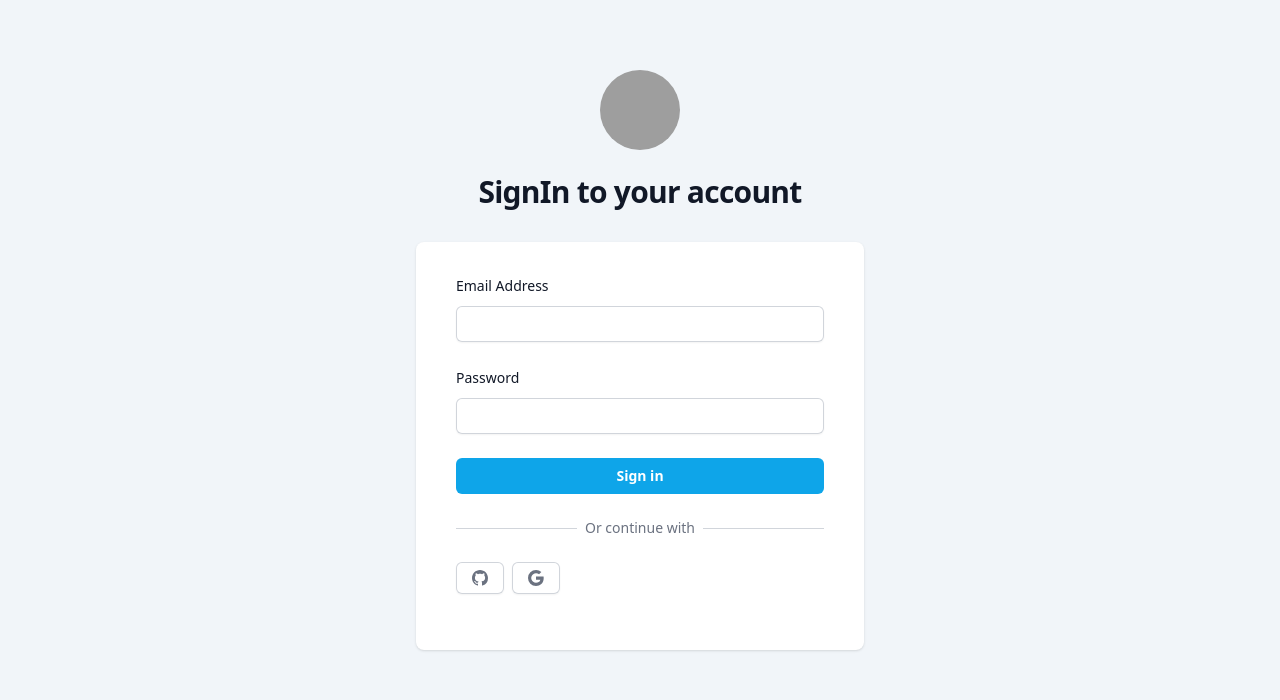
Repository: zecht12/zechtchat
Page: /
The author's editor kept a copy of each file at every save. The page is drawn from the files as they stood at one save, then again after the next save.
The browser window is 1280 px wide. The pictures show the whole page.
Pictures or frames that could not be fetched are drawn as grey boxes. The page's requests for data from a server got no answer. The project was rebuilt for these pictures with package versions that can differ from the ones it lists, and the page was loaded fresh each time. The framework's server and built-in components were replaced by stand-ins that run in the browser. No one was signed in, and anything a server would have sent is missing. Also part of the build but not shown: next.config.js.

Above is the page before, as saved 2023-05-15 10:57:54.

After the next save:
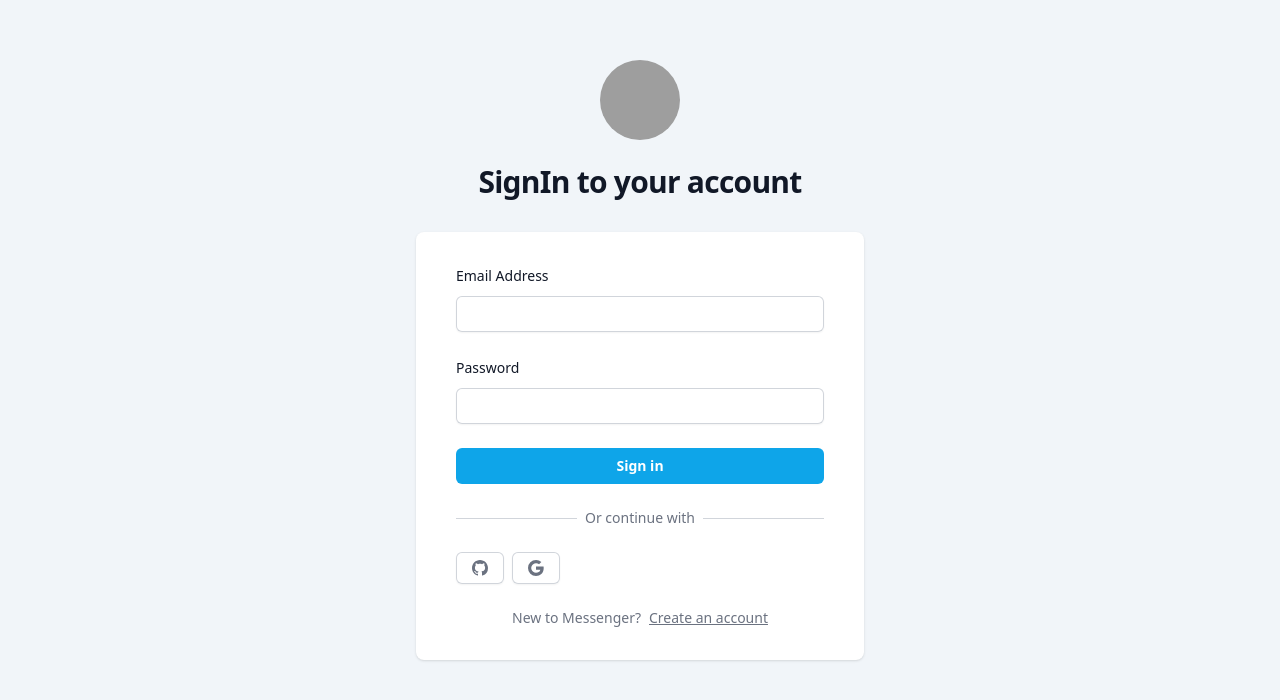
Saved 36 s later.
--- a/app/(site)/components/AuthForm.tsx
+++ b/app/(site)/components/AuthForm.tsx
@@ -123,7 +123,15 @@ export const AuthForm = () => {
                     </div>
                 </div>
                 <div className='mt-6 flex gap-2 justify-center text-sm px-2 text-gray-500'>
-                    <div></div>
+                <div>
+            {variant === 'LOGIN' ? 'New to Messenger?' : 'Already have an account?'}
+          </div>
+          <div
+            onClick={toggleVariant}
+            className="underline cursor-pointer"
+          >
+            {variant === 'LOGIN' ? 'Create an account' : 'Login'}
+          </div>
                 </div>
             </div>
         </div>
